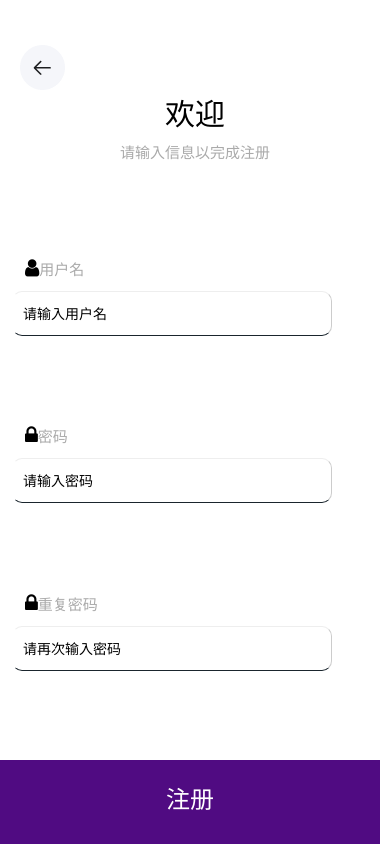
Repository: eyebone/barManager
Screen: /sign
These files come from the project's save history. The screen is drawn as it stood at one moment and after the next save; the edit follows.
The app was drawn by React Native's web renderer in a window 390 px wide. The project was rebuilt for these pictures with package versions that can differ from the ones it lists, and the page was loaded fresh each time. Some packages were replaced by stand-ins written for this rebuild. Also part of the build but not shown: components/EmojiPicker.js, components/Button.js, components/ImageViewer.js, components/circleButton.js, components/IconButton.js, view/ViewOne.js, view/Main.js.

Above is the screen before, as saved 2023-06-26 16:46:20.

After the next save:
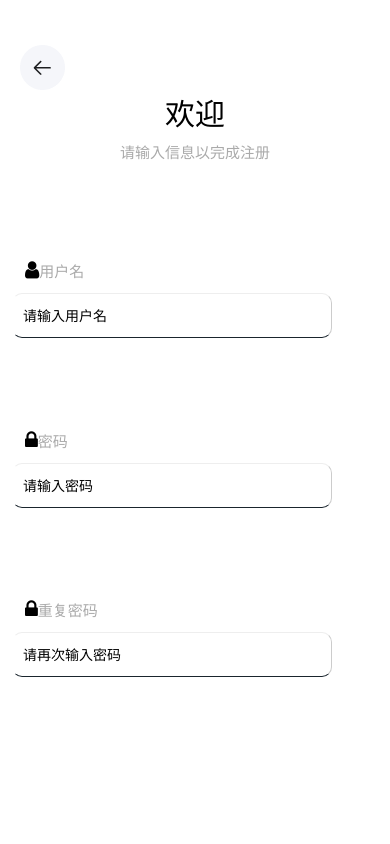
Saved 19 s later.
--- a/view/Sign.js
+++ b/view/Sign.js
@@ -88,7 +88,7 @@ export function SignView({ navigation }) {
       colors={["#5c0b82", "#480965", "#190641", "#070320", "#000000"]}
       style={styles.linearGradient}></LinearGradient> */}
       <Pressable
-        style={styles.footerContainer}
+
         onPress={() => {
           navigation.push("Main");
           createTwoButtonAlert();
